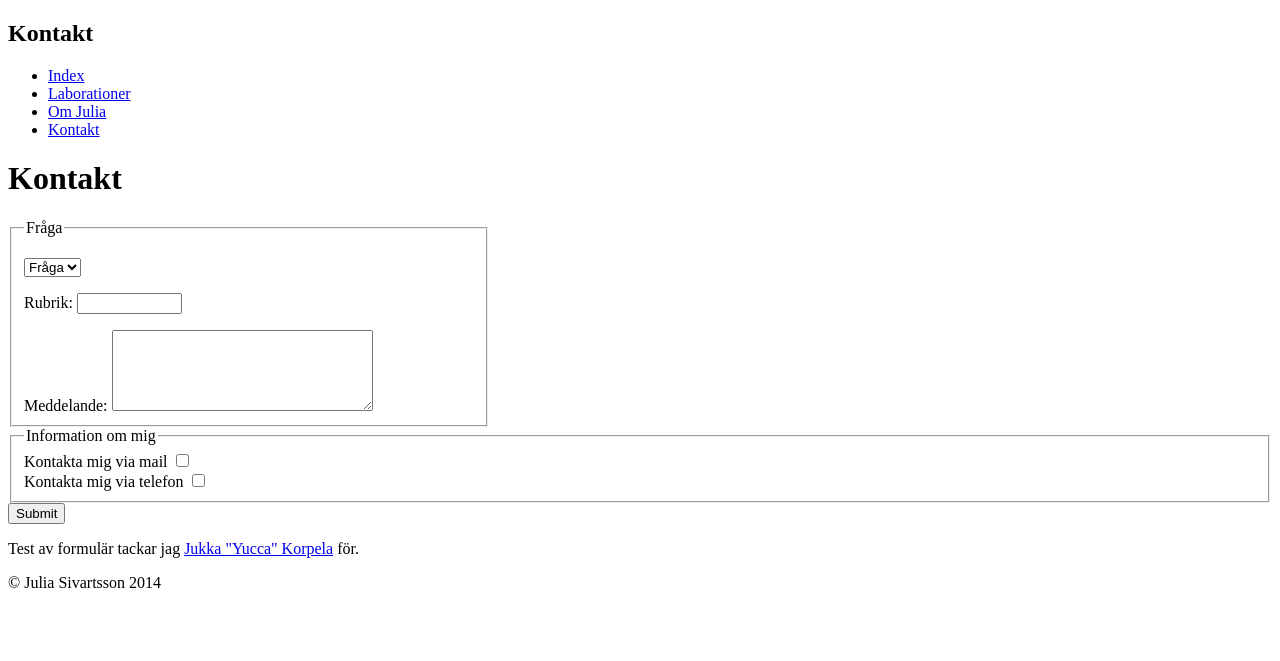
Repository: JuliaSivartsson/1ik415-jsigc09-laborationer
Page: pages/kontakt.html
The author's editor kept a record of every edit. The page is drawn from the files as they stood at one moment, then again after the next edit.
The browser window is 1280 px wide. The pictures show the whole page.

Above is the page before.

After the next edit:
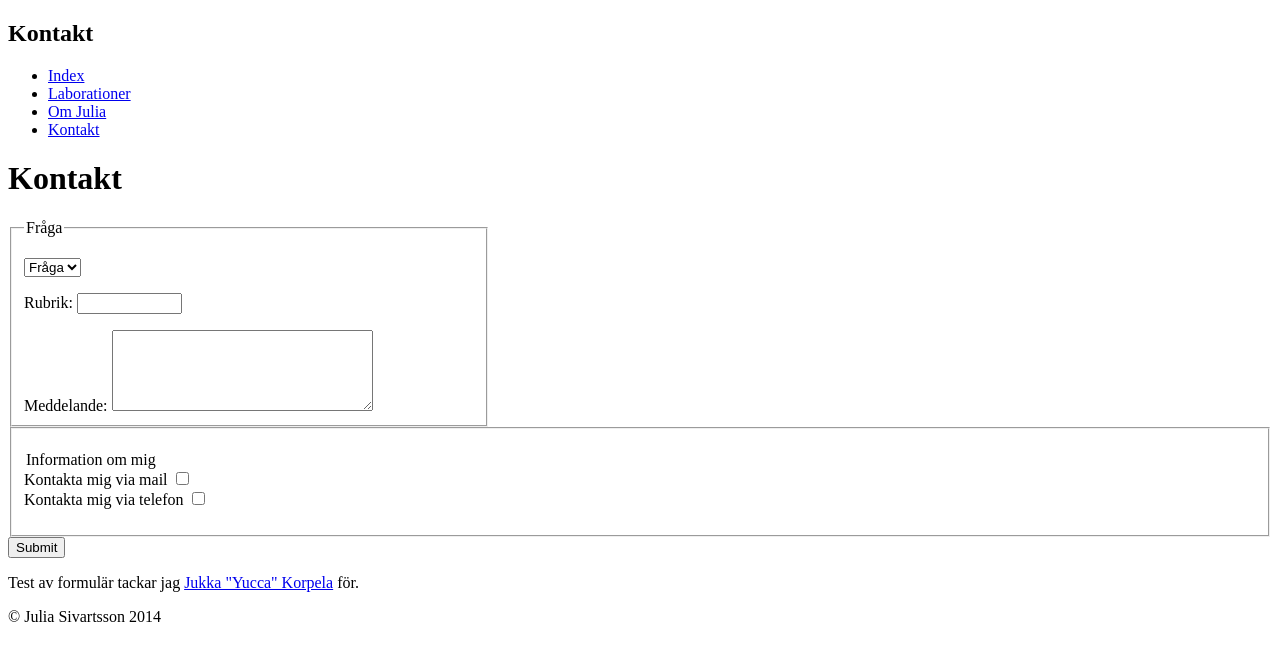
The edit:
--- a/pages/kontakt.html
+++ b/pages/kontakt.html
@@ -39,7 +39,7 @@
     </fieldset>
 
     <fieldset>
-    <legend>Information om mig</legend>
+    <p><legend>Information om mig</legend>
     <label for="mail">Kontakta mig via mail</label>
     <input type="checkbox" name="mail" id="mail" value="mail"/><br />
     <label for="telefon">Kontakta mig via telefon</label>
